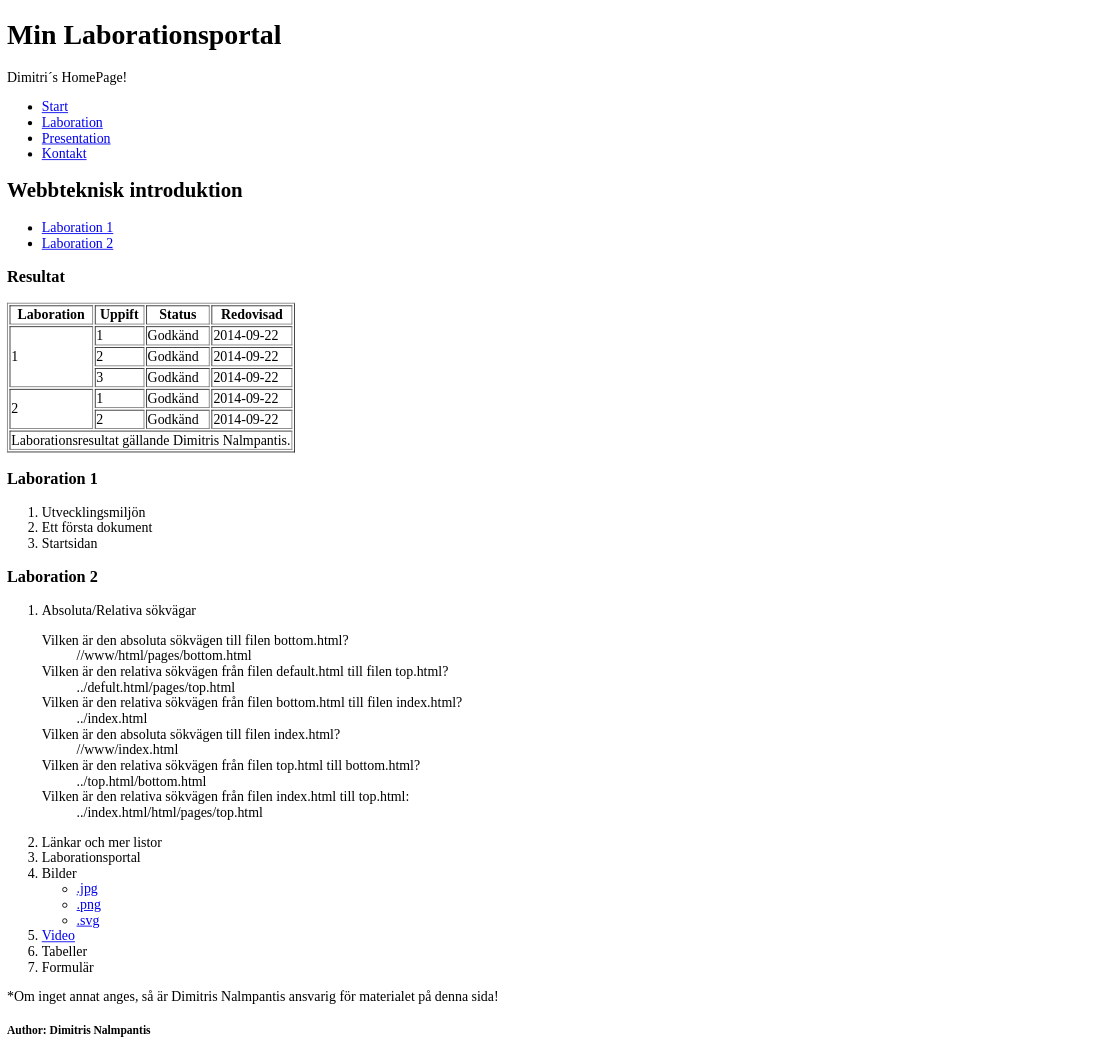
Repository: dn222em/1ik415-laborationer
Page: pages/laborationer.html
The author's editor kept a record of every edit. The page is drawn from the files as they stood at one moment, then again after the next edit.
The browser window is 1280 px wide. The pictures show the whole page, at 87% of full size.

Above is the page before.

After the next edit:
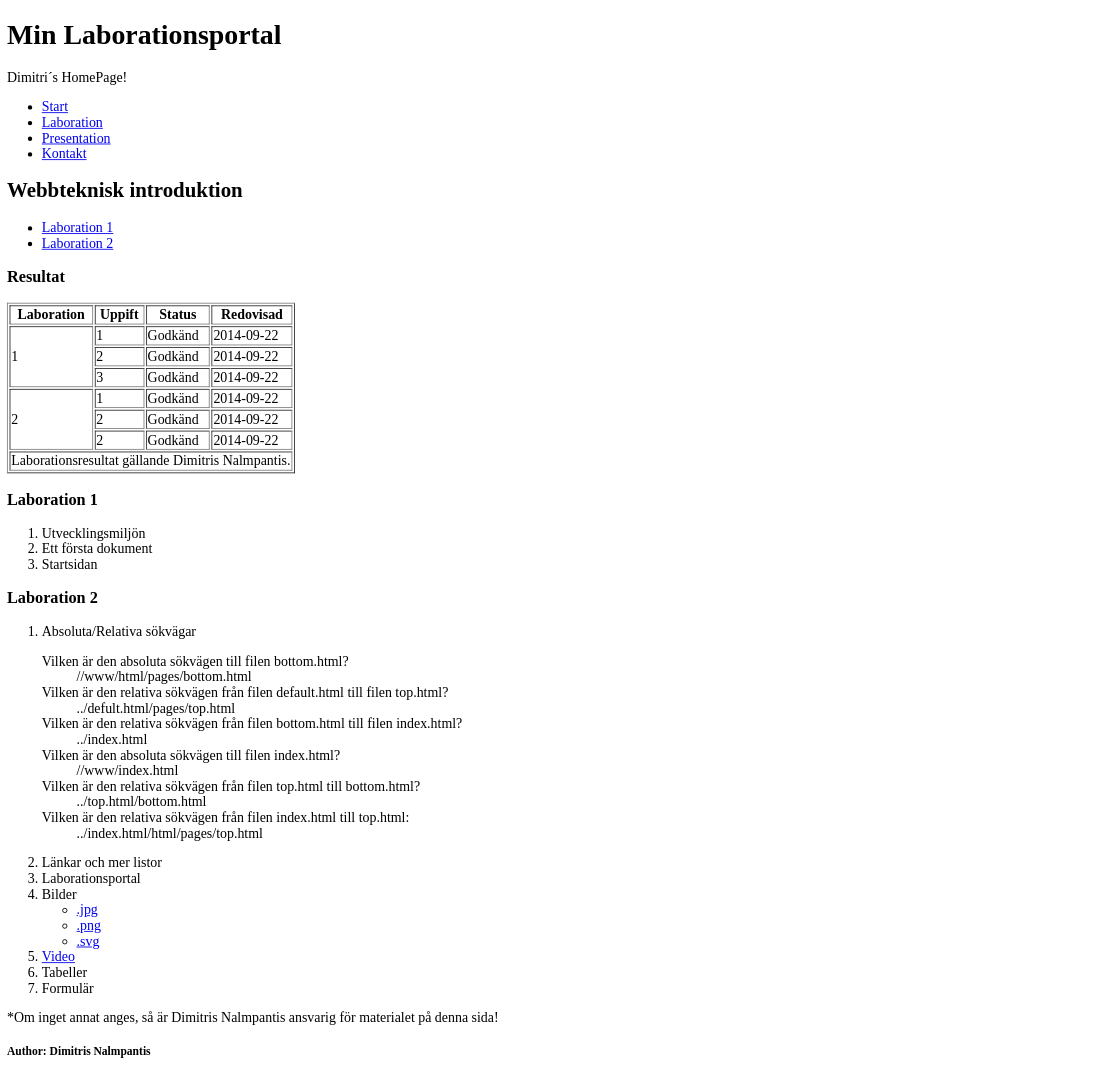
The edit:
--- a/pages/laborationer.html
+++ b/pages/laborationer.html
@@ -66,6 +66,11 @@
     					<td>Godkänd</td>
     					<td>2014-09-22</td>
     				</tr>
+					<tr>
+    					<td>2</td>
+    					<td>Godkänd</td>
+    					<td>2014-09-22</td>
+    				</tr>
 				</tbody>
     			</table>
     	<h3> <a id="one">Laboration 1</a></h3>
